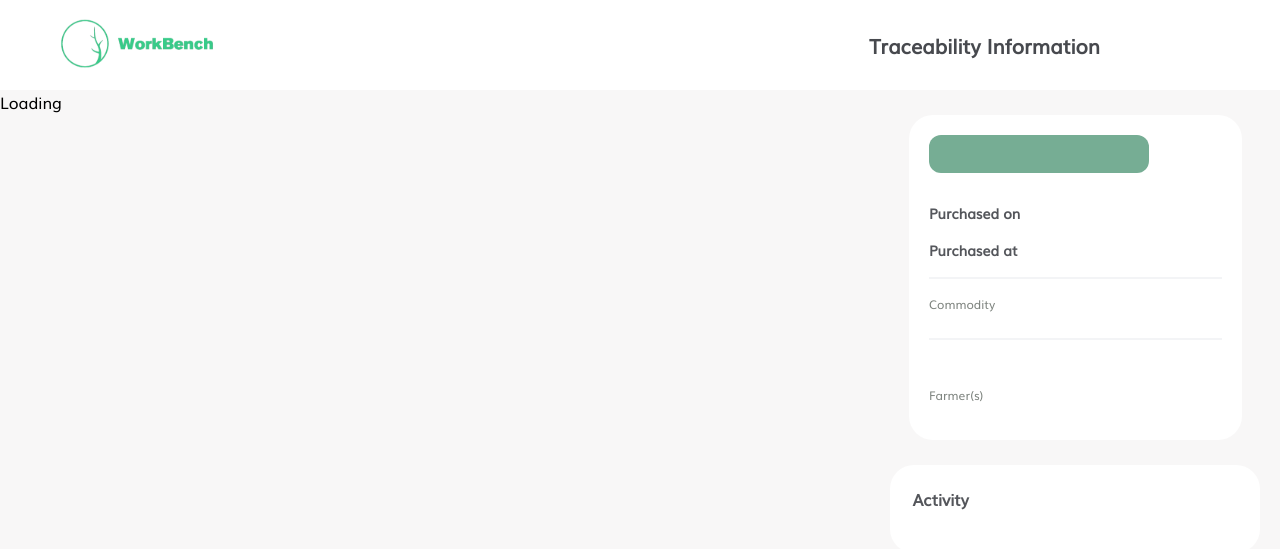
Repository: Hamezry/Traceability-Page
Page: /
An editor plug-in stored every save of this project. The page is shown before and after the next save, followed by the edit.
The browser window is 1280 px wide. The pictures show the whole page.
The page's requests for data from a server got no answer. The project was rebuilt for these pictures with package versions that can differ from the ones it lists, and the page was loaded fresh each time. No one was signed in, and anything a server would have sent is missing.

Above is the page before, as saved 2022-09-18 08:38:46.

### public/index.html
<!DOCTYPE html>
<html lang="en">
  <head>
    <meta charset="utf-8" />
    <meta name="viewport" content="width=device-width, initial-scale=1" />
    <meta name="theme-color" content="#000000" />
    <meta
      name="description"
      content="Web site created using create-react-app"
    />
    <link rel="preconnect" href="https://fonts.googleapis.com">
    <link rel="preconnect" href="https://fonts.gstatic.com" crossorigin>
    <!-- <link href="https://fonts.googleapis.com/css2?family=Mulish:wght@300;400;600&display=swap" rel="stylesheet"> -->
    <title>Traceability page</title>
  </head>
  <body>
    <noscript>You need to enable JavaScript to run this app.</noscript>
    <div id="root"></div>

  </body>
</html>

### src/index.css
@tailwind base;
@tailwind components;
@tailwind utilities;

@font-face {
    font-family: 'Muli';
    src: local('Muli'), url("./fonts/Muli-Regular.ttf") format("truetype");
}


@font-face {
    font-family: 'Muli';
    src: url('./fonts/Muli-Regular.ttf') format("truetype");
}

body {
    font-family: 'Muli' !important;
}

### src/App.js
import './index.css';
import Navbar from './components/Navbar';
import Information from './components/Information';
import Sidemap from './components/Sidemap';
import { BrowserRouter, Route, Routes } from 'react-router-dom';

function App() {
  return (
    <BrowserRouter>

      <Routes>

          <Route path='/' element={
            <div>
              <Navbar />
              <div className="lg:flex lg:justify-between w-full  lg:h-[calc(100vh-90px)] lg:overflow-y-hidden bg-[#f8f7f7]">
                <Sidemap />
                <Information />
              </div>

            </div>

          } />

      </Routes>
    </BrowserRouter>
  );
}

export default App;

### src/components/Navbar.js
import React from 'react'
import logo from '../Assets/logo.svg'

const Navbar = () => {
  return (
    <div className='w-full flex justify-center h-[90px] bg-white sticky font-muli  z-30  top-0 lg:items-center lg:justify-between '>

        <img src= {logo} alt='nav-icon' className='h-[80px] w-[188px] lg:ml-[50px]'/>
        <p className='hidden lg:block mr-[230px] xl:mr-[180px] 2xl:mr-[320px] text-[#47494E] font-semibold  text-[20px]'>Traceability Information</p>

    </div>
  )
}

export default Navbar

### src/components/Information.js
import React, { useEffect, useState } from 'react'
import image1 from '../Assets/image-2.png'
import purchased from '../Assets/purchase.svg'
import axios from 'axios'
import { useLocation } from 'react-router-dom'



function Information() {

    const [list, setList] = useState([])
    const search = useLocation().search;
    const qr_code = new URLSearchParams(search).get('qr_code')

    useEffect(() => {
        axios.get(`https://wb3test.afexnigeria.com/WB3/api/v1/traceability/info/${qr_code}`)
            .then(res => {
                setList(res.data.data)
                console.log(res.data)
            }).catch(err => {
                console.log(err)
            })
    }, [qr_code])


    return (
        <div className='lg:h-full  lg:w-[32%] font-muli lg:overflow-y-auto'>

            <div id="TQC" className=" z-10  top-0 flex lg:flex  flex-col px-[20px]">

                <div className="flex-1 flex bg-white lg:w-[90%] lg:mx-auto lg:mt-[25px] flex-col h-[556px] p-[20px] rounded-3xl">

                    {/*TQC */}
                    <div className='mb-4 border-b-2 border-b-gray-100 '>
                        <div className='bg-[#76AD94] text-white text-center py-2 font-semibold text-[16px] max-w-[220px] h-[38px] mb-[30px] rounded-xl'> <p>{list.qr_code}</p></div>
                        <p className='text-[#54565B] text-[14px] mb-4 font-semibold'>Purchased on <span className='font-normal'>{list.purchased_on}</span></p>
                        <p className=' text-[#54565B] text-[14px] mb-4 font-semibold'>Purchased at <span className='font-normal'>{list.purchased_at}</span></p>

                    </div>

                    <div className='mb-4 border-b-2  border-b-gray-100 '>
                        <p className='text-[#7C827D] text-[12px] mb-[25px] '>Commodity</p>
                        <p className='text-[#47494E] text-[14px] mb-4 font-medium '>{list.commodity}</p>

                    </div>

                    <div className='mt-[30px] mb-4'>

                        <p className='text-[#7C827D] text-[12px]'>Farmer(s)</p>

                        {
                            list?.farmers?.map((item, index) => {
                                return (
                                    <div key={index} className='w-[232px] h-[71px] shadow p-3 flex items-center mt-[20px] rounded-xl'>
                                        <img src={image1} alt='profilepic' />
                                        <p className='text-[#47494E] text-[16px] ml-5  font-medium '>{item.first_name} {item.last_name}<br /> <span className='text-[#707673] text-[12px]'>{item.age} years &nbsp; | &nbsp;  {item.gender}</span></p>
                                    </div>
                                )
                            })
                        }



                    </div>


                </div>



            </div>




            <div id="Activity" className=" top-0 flex lg:flex flex-shrink-0 flex-col px-[20px]">

                <div className="flex-1 flex bg-white lg:w-[100%] lg:mx-auto mt-[25px] mb-5 flex-col  h-[900px] p-[22px] rounded-3xl ">

                    <p className='text-[#54565B] mb-5 font-semibold text-[16px]'>Activity</p>

                    {list?.activities?.map((item, index) =>

                        <div key={index} className='flex 2xl:justify-between stroke-amber-50 text-[#7C827D] 2xl:px-5 lg:px-0 text-[11px]'>

                            <div className='flex gap-2 xl:gap-2 md:gap-8'>

                                <div className='flex flex-col items-center'>
                                    <img src={purchased} alt='recp' />
                                    <div className='border border-dotted border-[#7C827D] min-h-[100px] max-h-[120px] w-[1px]'></div>

                                </div>
                                <div className='flex flex-col lg:w-[180px] md:w-[270px] w-[130px]' >
                                    <p className='font-semibold mt-2 lg:text-[13px]'>{item.action} </p>
                                    <span className='text-[#7C827D] text-[9px] mt-2 lg:text-[11px]'>{item.description}</span>
                                </div>



                            </div>
                            <p className='text-[#76AD94] text-[9px] mt-2 xl:text-[10px]'> <span>{item.created}</span> </p>

                        </div>
                    )}






                </div>





            </div>


        </div>);
}

export default Information

### src/components/Sidemap.js
import React from 'react'
import {useJsApiLoader, GoogleMap, Marker} from '@react-google-maps/api';

const center = {lat:48.8584, lng:2.294}

function Sidemap() {

  const { isLoaded } = useJsApiLoader({
    googleMapsApiKey:process.env.REACT_APP_GOOGLE_MAPS_API_KEY,
  });

  if (!isLoaded){
    return <h1>Loading</h1>
  }
  return (

    <div class= "h-[600px] w-full lg:h-[calc(100vh-90px)] lg:w-[68%]">

      <div className='hidden lg:block p-4 lg:p-0 lg:w-full h-[100%]'>
          <GoogleMap
          mapContainerStyle={{width:'100%', height:'100%'}}
          center={center} zoom={15}
          options={{
            zoomControl:false,
            streetViewControl:false,
            mapTypeControl:false,
            fullscreenControl:false,
          }}
          >
            <Marker position={center}/>

          </GoogleMap>
      </div>

      <div className='lg:hidden p-4 lg:p-0 lg:w-full h-[100%]'>
          <GoogleMap
          mapContainerStyle={{width:'100%', height:'100%', borderRadius:'50px'}}
          center={center} zoom={15}
          options={{
            zoomControl:false,
            streetViewControl:false,
            mapTypeControl:false,
            fullscreenControl:false,
          }}
          >
            <Marker position={center}/>

          </GoogleMap>
      </div>


    </div>

  )
}

export default Sidemap

### tailwind.config.js

/** @type {import('tailwindcss').Config} */
module.exports = {
  content: [
    "./src/**/*.{js,jsx,ts,tsx}",
  ],
  theme: {
    extend: {
      fontFamily:{
        'Muli':['Muli', 'san-serif']
      }
    },
  },
  plugins: [],
}

Loaded but not shown: src/index.js (common file)

After the next save:
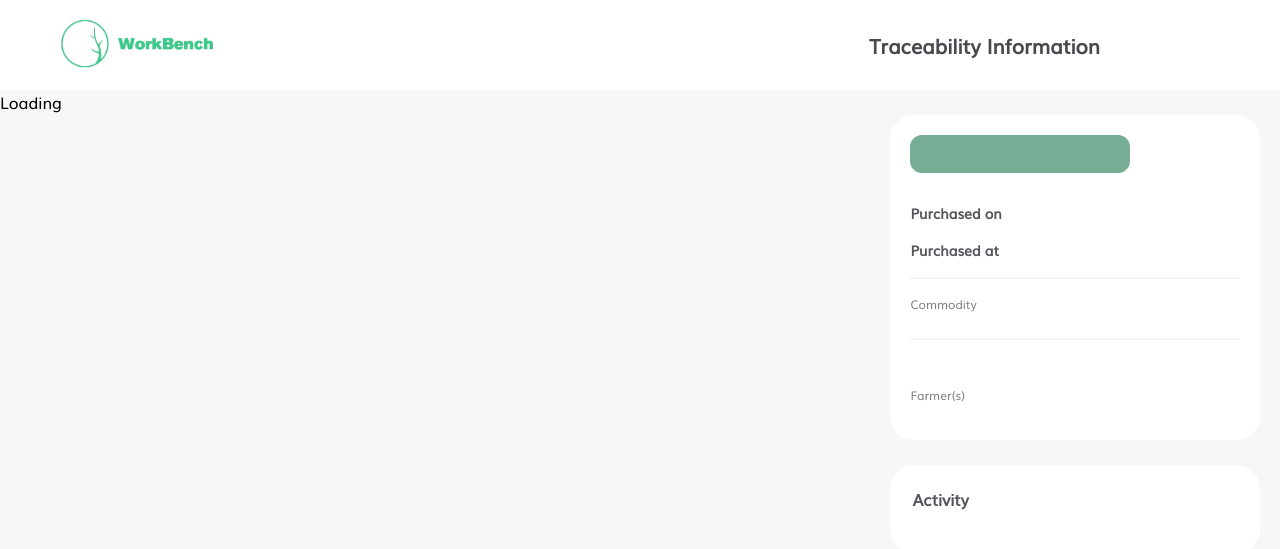
Saved 55 s later.
--- a/src/components/Information.js
+++ b/src/components/Information.js
@@ -28,7 +28,7 @@ function Information() {
 
             <div id="TQC" className=" z-10  top-0 flex lg:flex  flex-col px-[20px]">
 
-                <div className="flex-1 flex bg-white lg:w-[90%] lg:mx-auto lg:mt-[25px] flex-col h-[556px] p-[20px] rounded-3xl">
+                <div className="flex-1 flex bg-white lg:w-[100%] lg:mx-auto lg:mt-[25px] flex-col h-[556px] p-[20px] rounded-3xl">
 
                     {/*TQC */}
                     <div className='mb-4 border-b-2 border-b-gray-100 '>
